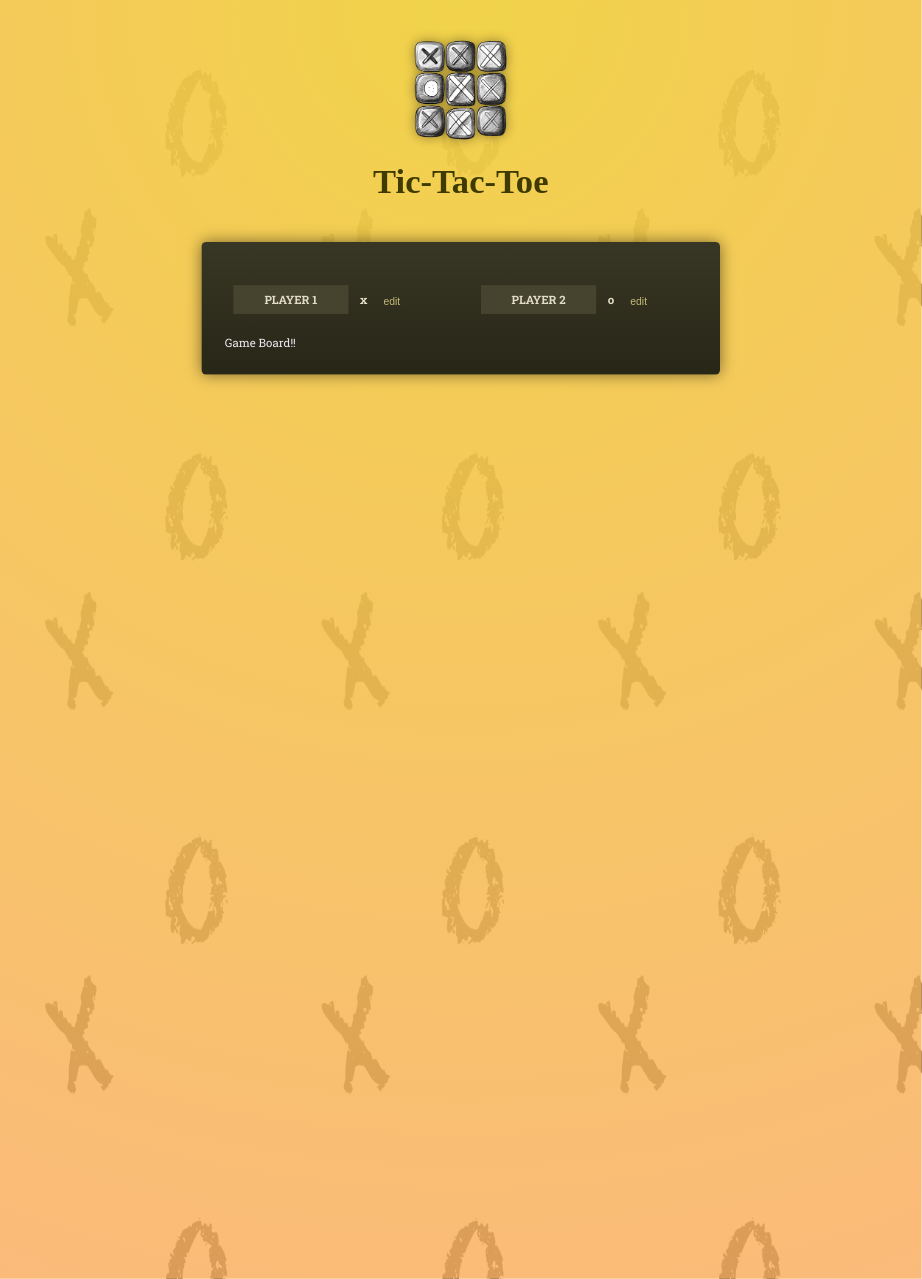
Repository: PrateekSahu9808/Tic_tac__toe_game
Page: /
These files come from the project's save history. The page is drawn as it stood at one moment and after a run of saves; the edit follows.
The browser window is 1280 px wide. The pictures show the whole page, at 72% of full size.
Some web fonts or font styles are not loaded; a fallback is used. The project was rebuilt for these pictures with package versions that can differ from the ones it lists, and the page was loaded fresh each time. Also part of the build but not shown: vite.config.js.

Above is the page before, as saved 2024-04-17 23:39:22.

### index.html
<!DOCTYPE html>
<html lang="en">
  <head>
    <meta charset="UTF-8" />
    <link rel="icon" type="image/svg+xml" href="/vite.svg" />
    <meta name="viewport" content="width=device-width, initial-scale=1.0" />
    <title>Vite + React</title>
  </head>
  <body>
    <header>
      <img src="game-logo.png" alt="tick" />
      <h1>Tic-Tac-Toe</h1>
    </header>
    <div id="root"></div>
    <script type="module" src="/src/main.jsx"></script>
  </body>
</html>

### src/App.jsx
import Player from "./Components/Player";

function App() {
  return (
    <main>
      <div id="game-container">
        <ol id="players">
          <Player name="Player 1" symbol="x" />
          <Player name="Player 2" symbol="o" />
        </ol>
        Game Board!!
      </div>
    </main>
  );
}

export default App;

### src/Components/Player.jsx
import { useState } from "react";


const Player = ({name,symbol}) => {
 const [playerName,setPlayerName]=useState()
 const[isEditing,setIsEditing]=useState(false);

 const handleEditClick=()=>{
  // setIsEditing(isEditing? false:true)
  // setIsEditing(!isEditing );
  setIsEditing((editing)=>!editing)
 }

  return (
    <li>
      <span className="player">

       {isEditing ?  <span className="player-name">{name}</span> : <input type="text" required value={name}/>}
        <span className="player-symbol">{symbol}</span>
      </span>
      <button onClick={handleEditClick}>{isEditing?"save":"edit"}</button>
    </li>
  );
};

export default Player;

Loaded but not shown: src/main.jsx (common file); src/index.css (common file)

After the next 3 saves:
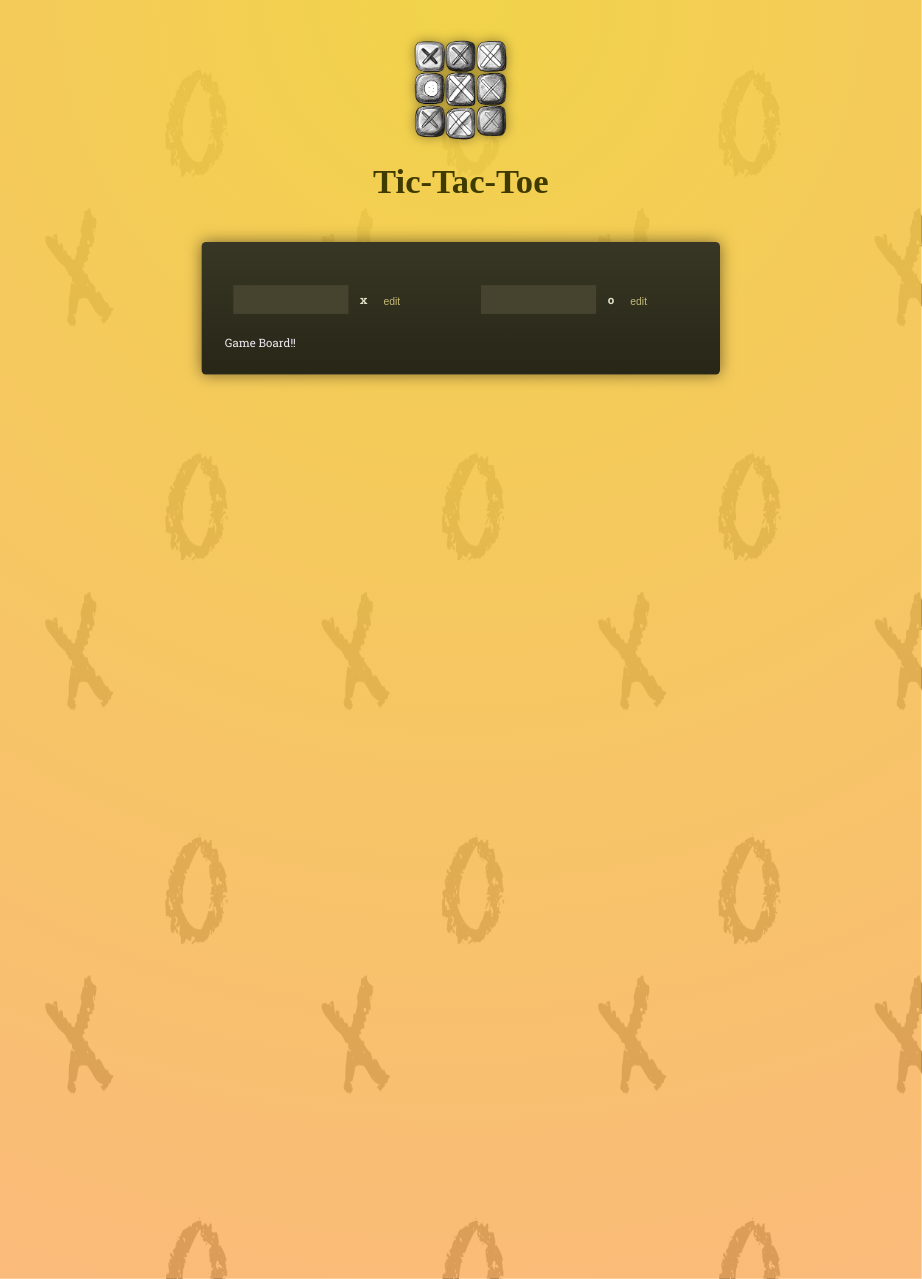
The 3 saves are shown as one change because they came seconds apart.
The last was saved 14 s later.
--- a/src/Components/Player.jsx
+++ b/src/Components/Player.jsx
@@ -1,7 +1,7 @@
 import { useState } from "react";
 
 
-const Player = ({name,symbol}) => {
+const Player = ({initialName,symbol}) => {
  const [playerName,setPlayerName]=useState()
  const[isEditing,setIsEditing]=useState(false);
 
